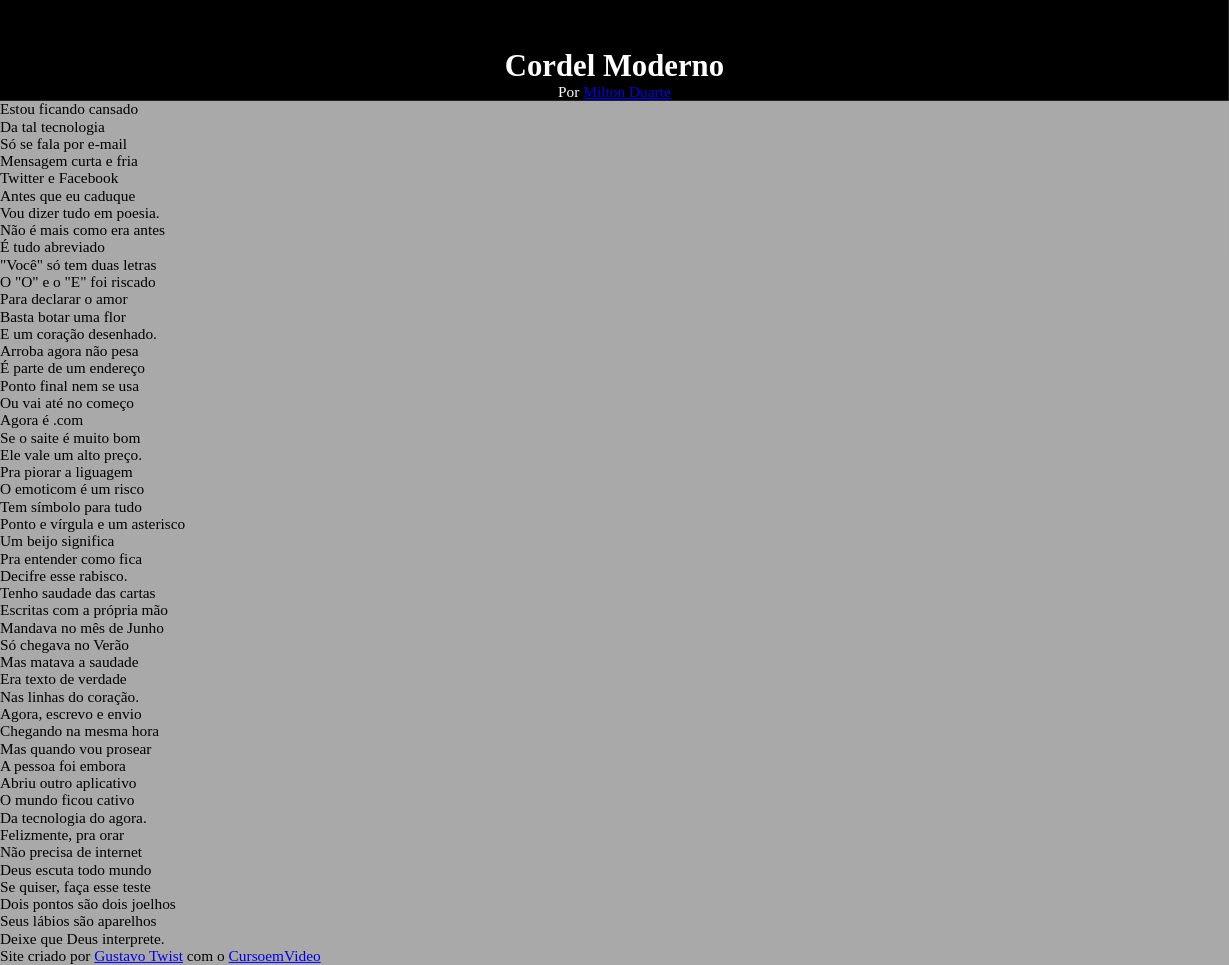
Repository: gustavotwist/projeto-cordel
Page: index.html
An editor plug-in stored every save of this project. The page is shown before and after a run of saves, followed by the edit.
The browser window is 1280 px wide. The pictures show the whole page, at 96% of full size.

Above is the page before, as saved 2024-04-19 13:43:58.

### index.html
<!DOCTYPE html>
<html lang="pt-br">
<head>
    <meta charset="UTF-8">
    <meta name="viewport" content="width=device-width, initial-scale=1.0">
    <title>Cordel Moderno</title>
    <link rel="stylesheet" href="estilo/style.css">
</head>
<body>
    <header>
        <h1>
            Cordel Moderno
        </h1>
        <p>
            Por <a href="https://www.recantodasletras.com.br/poesias/3186743" target="_blank">Milton Duarte</a>
        </p>
    </header>

    <section class="normal">
        <p>
            Estou ficando cansado <br>
            Da tal tecnologia <br>
            Só se fala por e-mail <br>
            Mensagem curta e fria <br>
            Twitter e Facebook <br>
            Antes que eu caduque <br>
            Vou dizer tudo em poesia.
        </p>
    </section>

    <section class="imagem">
        <p>
            Não é mais como era antes <br>
            É tudo abreviado <br>
            "Você" só tem duas letras <br>
            O "O" e o "E" foi riscado <br>
            Para declarar o amor <br>
            Basta botar uma flor <br>
            E um coração desenhado.
        </p>
    </section>

    <section class="normal">
        <p>
            Arroba agora não pesa <br>
            É parte de um endereço <br>
            Ponto final nem se usa <br>
            Ou vai até no começo <br>
            Agora é .com <br>
            Se o saite é muito bom <br>
            Ele vale um alto preço. <br>
        </p>

        <p>
            Pra piorar a liguagem <br>
            O emoticom é um risco <br>
            Tem símbolo para tudo <br>
            Ponto e vírgula e um asterisco <br>
            Um beijo significa <br>
            Pra entender como fica <br>
            Decifre esse rabisco.
        </p>
    </section>

    <section class="imagem">
        <p>
            Tenho saudade das cartas <br>
            Escritas com a própria mão <br>
            Mandava no mês de Junho <br>
            Só chegava no Verão <br>
            Mas matava a saudade <br>
            Era texto de verdade <br>
            Nas linhas do coração.
        </p>
    </section>

    <section class="normal">
        <p>
            Agora, escrevo e envio <br>
            Chegando na mesma hora <br>
            Mas quando vou prosear <br>
            A pessoa foi embora <br>
            Abriu outro aplicativo <br>
            O mundo ficou cativo <br>
            Da tecnologia do agora.
        </p>


        <p>
            Felizmente, pra orar <br>
            Não precisa de internet <br>
            Deus escuta todo mundo <br>
            Se quiser, faça esse teste <br>
            Dois pontos são dois joelhos <br>
            Seus lábios são aparelhos <br>
            Deixe que Deus interprete.
        </p>
    </section>

    <footer>
        <p>Site criado por <a href="https://github.com/gustavotwist" target="_blank">Gustavo Twist</a> com o <a href="https://www.cursoemvideo.com" target="_blank">CursoemVideo</a></p>
    </footer>
</body>
</html>

### estilo/style.css
@charset "UTF-8";

* {
    margin: 0px;
    padding: 0px;
}

html, body {
    min-height: 100vh;
    background-color: darkgray;
}

header {
    background-color: black;
    color: white;
    text-align: center;
}

header > h1 {
    padding-top: 50px;
    font-variant: small;
}

After the next 2 saves:
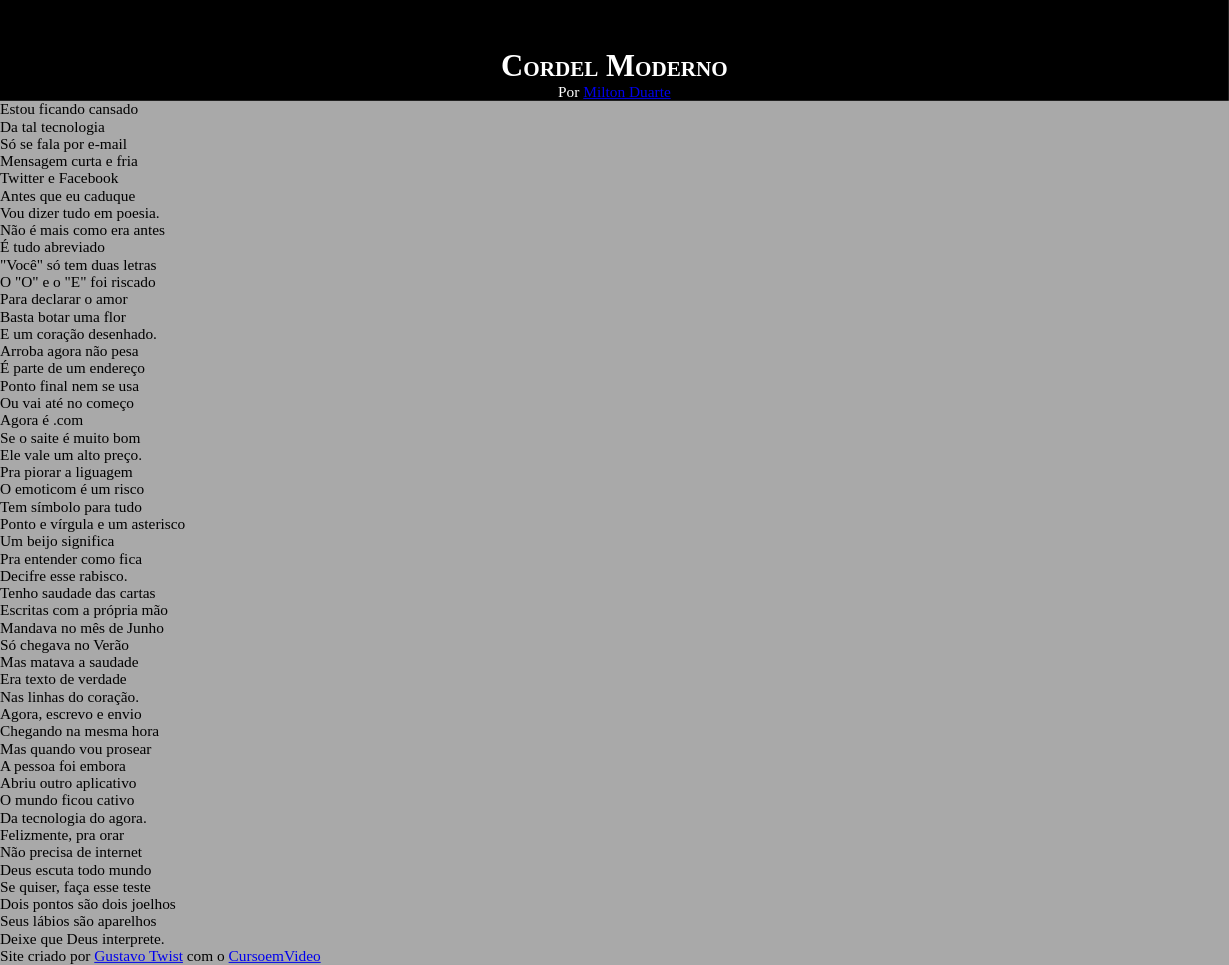
The 2 saves are shown as one change because they came seconds apart.
The last was saved 7 s later.
--- a/estilo/style.css
+++ b/estilo/style.css
@@ -18,5 +18,5 @@
 
 header > h1 {
     padding-top: 50px;
-    font-variant: small;
+    font-variant: small-caps;
 }

After the save that followed:
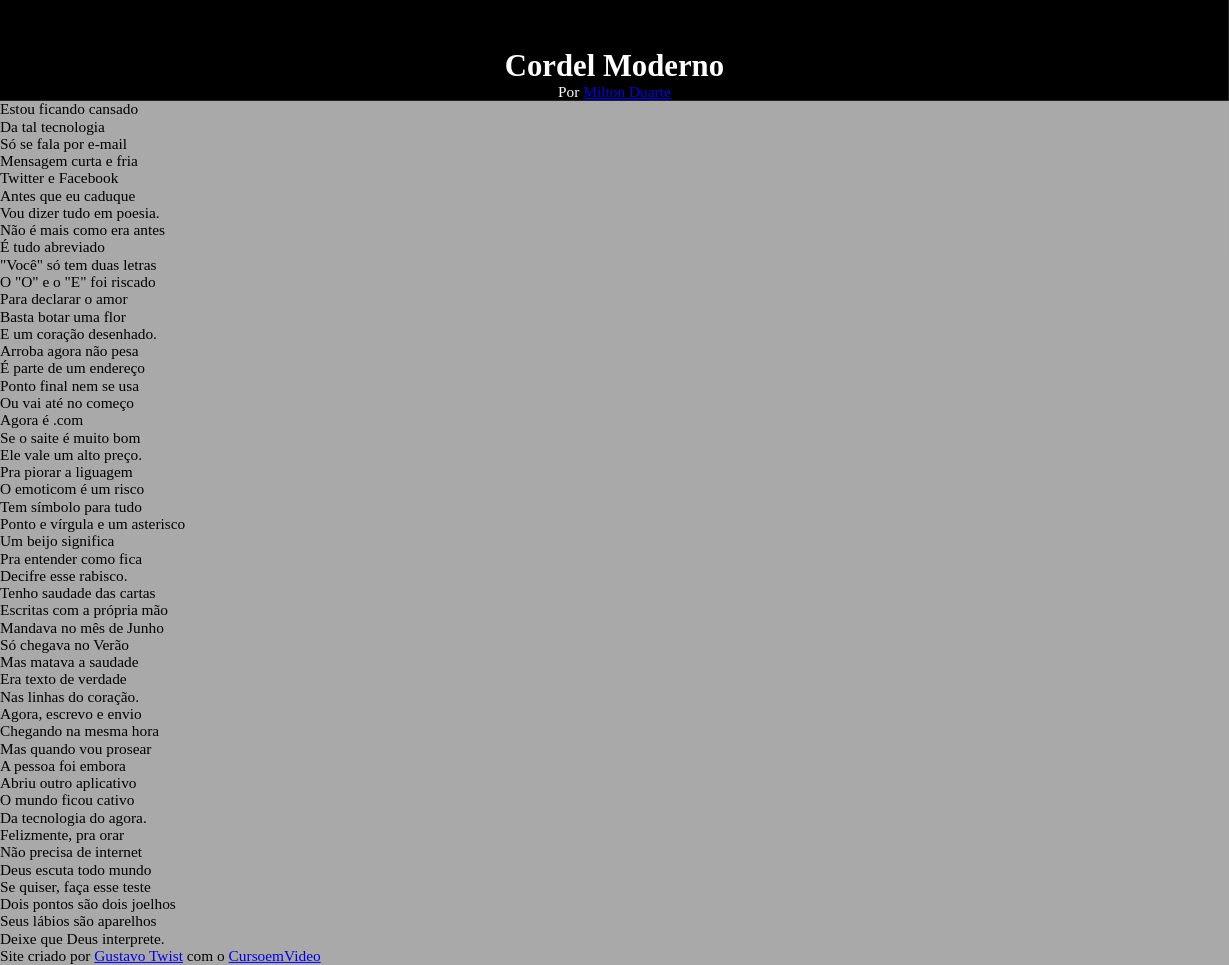
Saved 4 s later.
--- a/estilo/style.css
+++ b/estilo/style.css
@@ -18,5 +18,5 @@
 
 header > h1 {
     padding-top: 50px;
-    font-variant: small-caps;
+    font-variant: small-cap;
 }
